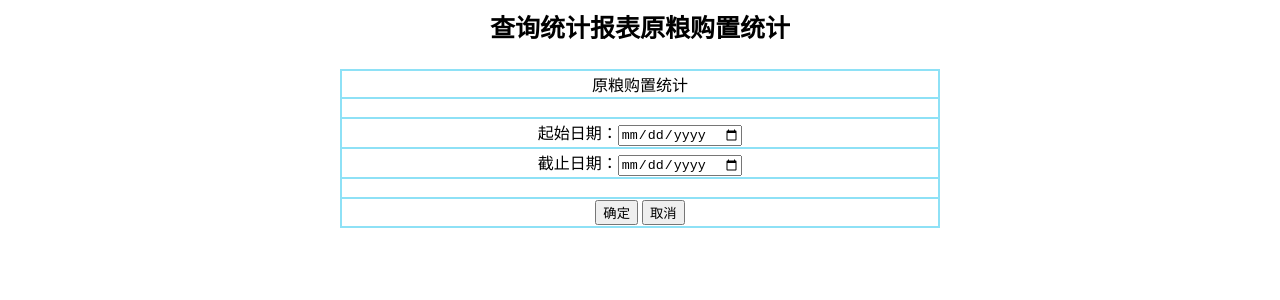
Repository: yuxingyan/OneCrewFlour
Page: http://localhost/Flour/inquirebuy.jsp
These files come from the project's save history. The page is drawn as it stood at one moment and after the next save; the edit follows.
The browser window is 1280 px wide. The pictures show the whole page.
The page is served by Tomcat 9. Nobody is signed in. The application's start-up code is not run.

Above is the page before, as saved 2018-01-11 07:06:51.

After the next save:
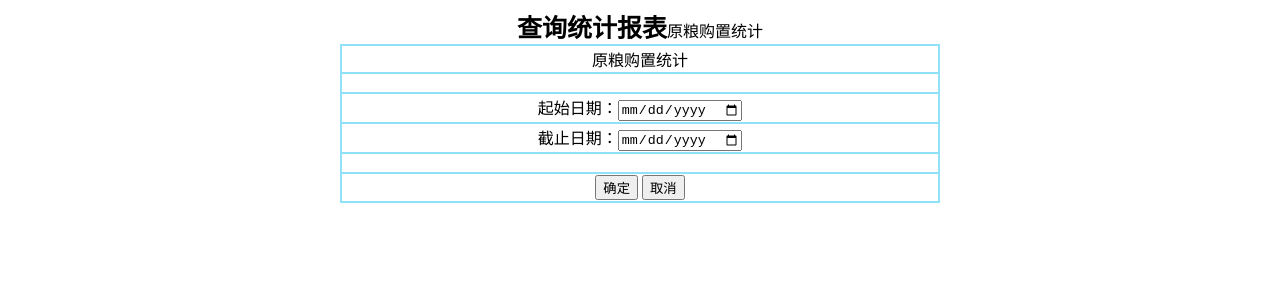
Saved 8 s later.
--- a/Flour/WebRoot/inquirebuy.jsp
+++ b/Flour/WebRoot/inquirebuy.jsp
@@ -51,7 +51,7 @@ String basePath = request.getScheme()+"://"+request.getServerName()+":"+request.
   <body>
     <center>
     <form  name="form1" id="form1" action="inquirebuy" method="post">
-     <strong style="font-size:25px">查询统计报表</b>原粮购置统计</p>
+     <strong style="font-size:25px">查询统计报表</strong>原粮购置统计
     <table border="1" width="600" cellspacing="0" bordercolor="#8EE1F6">
 
     <tr height="20px"><td align="center" colspan="4" >原粮购置统计</td></tr>
